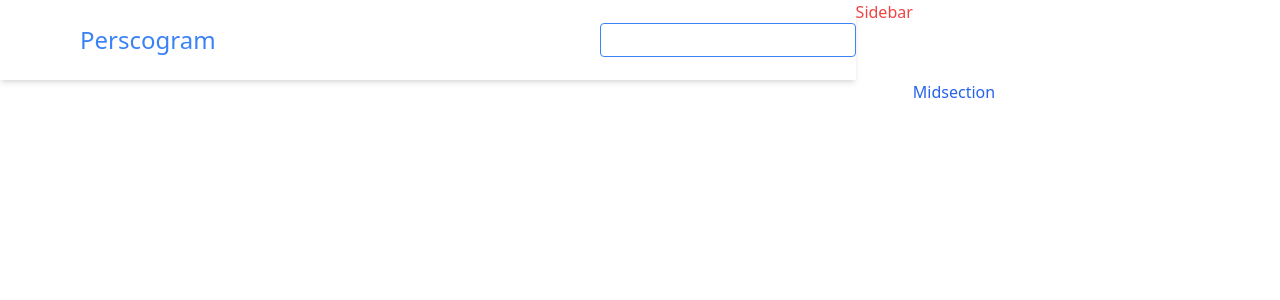
Repository: brandford7/perscogram
Page: /
The author's editor kept a copy of each file at every save. The page is drawn from the files as they stood at one save, then again after the next save.
The browser window is 1280 px wide. The pictures show the whole page.
The project was rebuilt for these pictures with package versions that can differ from the ones it lists, and the page was loaded fresh each time. The framework's server and built-in components were replaced by stand-ins that run in the browser. Also part of the build but not shown: next.config.js.

Above is the page before, as saved 2022-12-15 22:30:48.

### pages/index.js
import Head from "next/head";
import { Header, Midsection, Sidebar } from "../components";

export default function Home() {
  return (
    <>
      <Head>
        <title>Perscogram</title>
        <meta name="description" content="Generated by create next app" />
        <meta name="viewport" content="width=device-width, initial-scale=1" />
        <link rel="icon" href="/favicon.ico" />
      </Head>

      <div className="flex  w-screen h-screen text-black ">
        <header>
          <Header />
        </header>
        <section className="flex ">
          <aside>
            <Sidebar />
          </aside>
          <main className="flex  mx-auto">
            <Midsection />
          </main>
        </section>
      </div>
    </>
  );
}

### styles/globals.css
@tailwind base;
@tailwind components;
@tailwind utilities;

* {
  box-sizing: border-box;
  padding: 0;
  margin: 0;
}

html,
body {
  max-width: 100vw;
  overflow-x: hidden;
}

body {
  color: rbg(--foreground-rgb);
  background: linear-gradient(
      to bottom,
      transparent,
      rgb(var(--background-end-rgb))
    )
    rgb(var(--background-start-rgb));
}

a {
  color: inherit;
  text-decoration: none;
}

@media (prefers-color-scheme: dark) {
  html {
    color-scheme: dark;
  }
}

### components/index.js
export { default as Midsection } from './Midsection'
export { default as Sidebar } from './Sidebar'
export { default as Header } from './Header'
export { default as Searchbar } from './Searchbar'

### components/Midsection.jsx
import React from 'react'

const Midsection = () => {
  return (
    <div className= 'mt-20 text-blue-600'>Midsection</div>
  )
}

export default Midsection

### components/Sidebar.jsx
import React from 'react'

const Sidebar = () => {
  return (
    <div className="text-red-500">Sidebar</div>
  )
}

export default Sidebar

### components/Header.jsx
import React from "react";
import Searchbar from "./Searchbar";

const Header = () => {
  return (
    <div className="flex items-center h-20  shadow-md">
          <h1 className="text-blue-500 text-2xl ml-20">Perscogram</h1>
          <Searchbar/>
    </div>
  );
};

export default Header;

### components/Searchbar.jsx
import React from "react";

const Searchbar = () => {
  return (
    <div className="ml-96">
      <input className="border border-blue-500 rounded w-64 p-1" type="text" />
    </div>
  );
};

export default Searchbar;

Loaded but not shown: pages/_app.js (common file); pages/_document.js (common file); tailwind.config.js (common file)

After the next save:
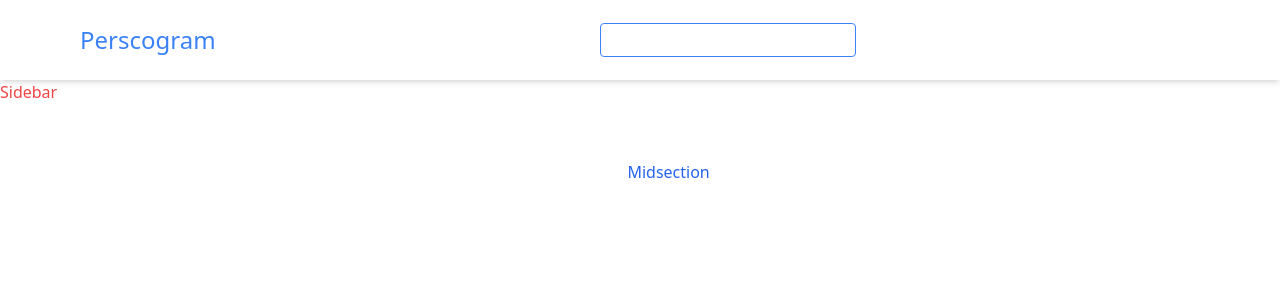
Saved 18 s later.
--- a/pages/index.js
+++ b/pages/index.js
@@ -11,7 +11,7 @@
         <link rel="icon" href="/favicon.ico" />
       </Head>
 
-      <div className="flex  w-screen h-screen text-black ">
+      <div className="  w-screen h-screen text-black ">
         <header>
           <Header />
         </header>
